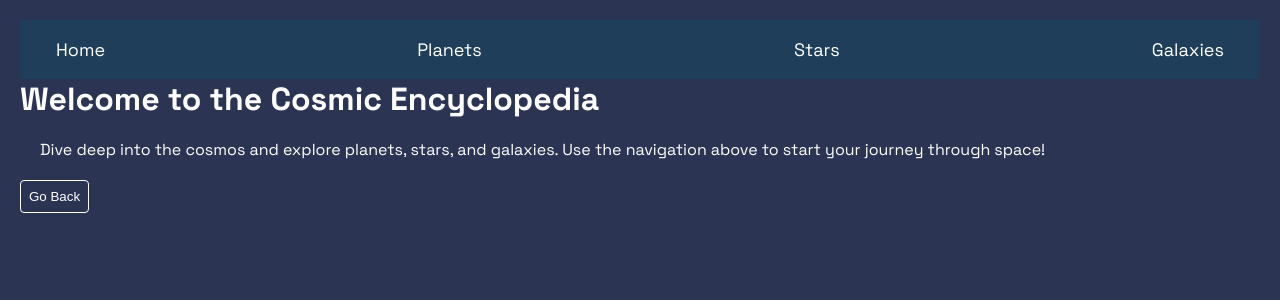
Repository: rmdayberry/Cosmic-Encyclopedia
Page: /
An editor plug-in stored every save of this project. The page is shown before and after the next save, followed by the edit.
The browser window is 1280 px wide. The pictures show the whole page.
The project was rebuilt for these pictures with package versions that can differ from the ones it lists, and the page was loaded fresh each time. Also part of the build but not shown: vite.config.js, src/data/celestialData.js, src/pages/ContentPage.jsx.

Above is the page before, as saved 2024-08-31 16:10:33.

After the next save:
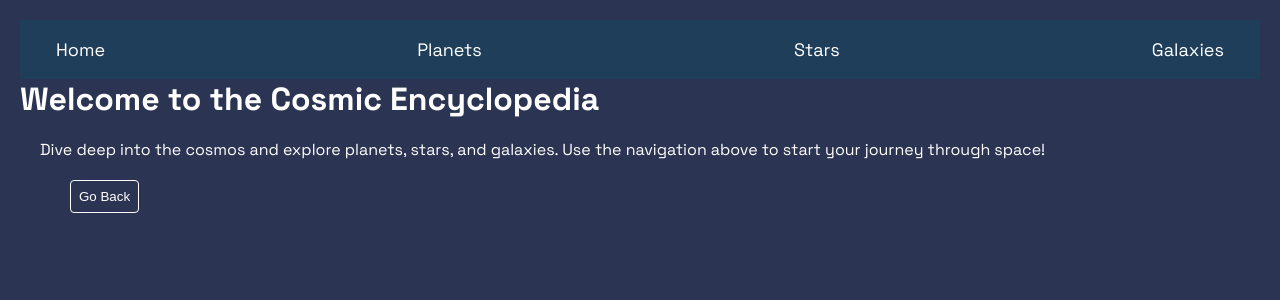
Saved 13 s later.
--- a/src/index.css
+++ b/src/index.css
@@ -53,7 +53,7 @@ button {
 .backBtn {
   background-color: var(--secondary);
   transition: color 0.3s;
-  padding: ;
+  margin-left: 50px;
 }
 .backBtn:hover {
   background-color: orangered;
